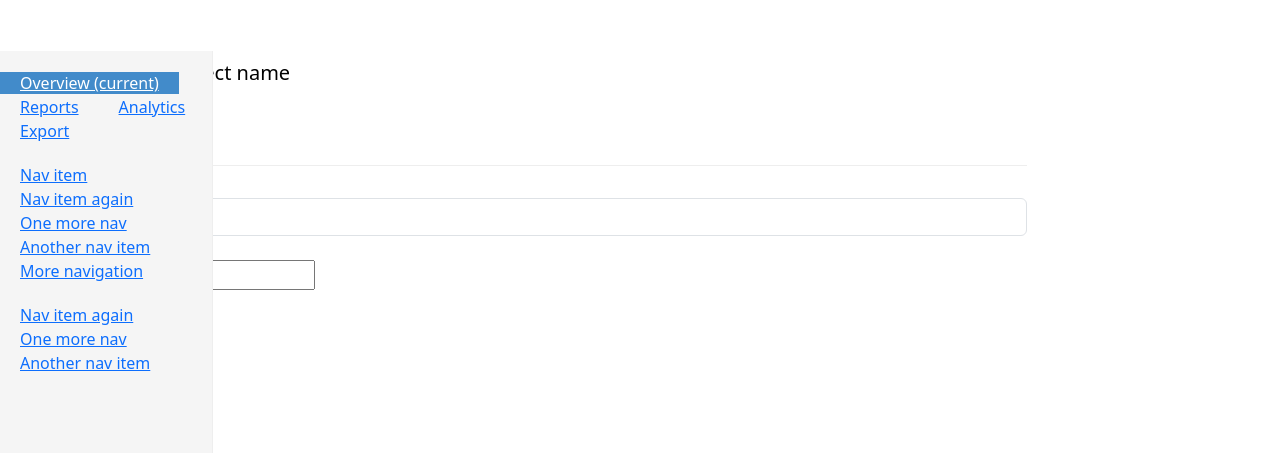
Repository: can2014ky/nodeStudy
Page: views/createUser.html
These files come from the project's save history. The page is drawn as it stood at one moment and after the next save; the edit follows.
The browser window is 1280 px wide. The pictures show the whole page.
Some web libraries are served in a nearby version.

Above is the page before, as saved 2020-07-05 22:50:05.

After the next save:
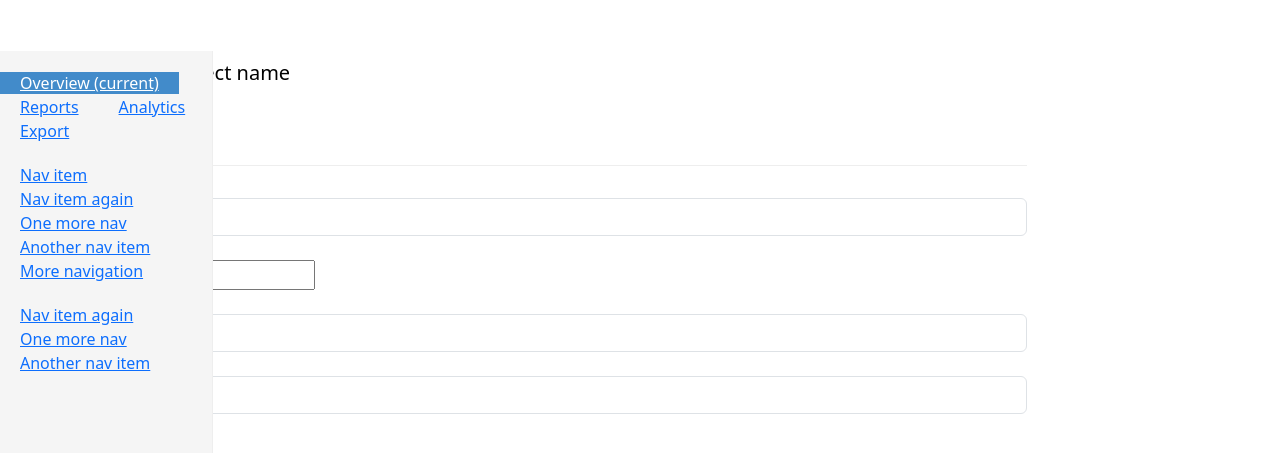
Saved 71 s later.
--- a/views/createUser.html
+++ b/views/createUser.html
@@ -88,10 +88,13 @@
                 <label for="age">年龄</label>
                 <input type="number" name="age" id="age">
             </div>
-            <div class="checkbox">
-              <label>
-                <input type="checkbox"> Check me out
-              </label>
+            <div class="form-group">
+                <label for="industry">行业</label>
+                <input type="text" class="form-control" name="industry" id="industry" placeholder="行业">
+            </div>
+            <div class="form-group">
+                <label for="hobby">爱好</label>
+                <input type="text" class="form-control" name="hobby" id="hobby" placeholder="爱好">
             </div>
             <button type="submit" class="btn btn-default">Submit</button>
           </form>
